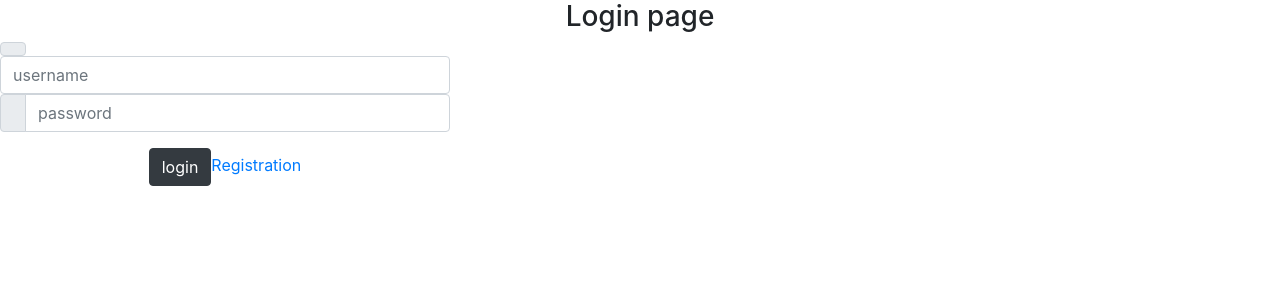
Repository: vishnushelke/LoginPage
Page: http://localhost/MyLoginPage/Login.jsp
The author's editor kept a copy of each file at every save. The page is drawn from the files as they stood at one save, then again after the next save.
The browser window is 1280 px wide. The pictures show the whole page.
The page is served by Tomcat 9.

Above is the page before, as saved 2019-10-10 06:32:49.

After the next save:
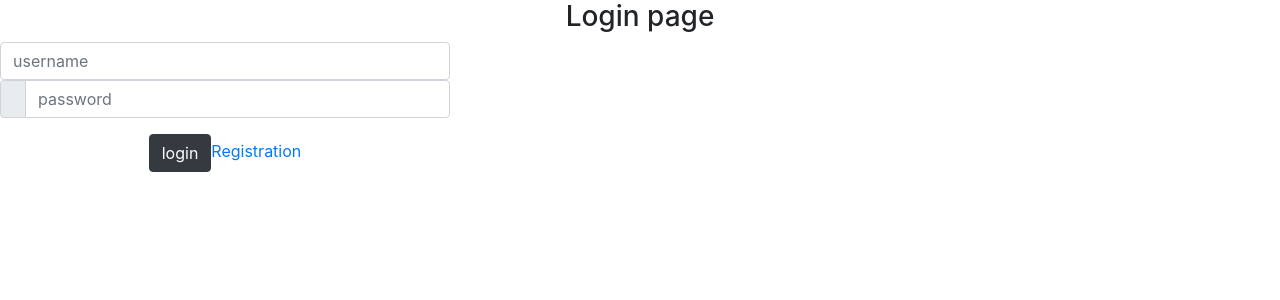
Saved 111 s later.
--- a/MyLoginPage/WebContent/Login.jsp
+++ b/MyLoginPage/WebContent/Login.jsp
@@ -22,9 +22,7 @@
 
 			<div class="input-group mb-3">
 				<fieldset style="width: 450px">
-					<div class="input-group-prepend">
-						<span class="input-group-text" id="basic-addon1"></span>
-					</div>
+
 					<input type="text" class="form-control" name="username"
 						placeholder="username" aria-label="username"
 						aria-describedby="basic-addon1">
